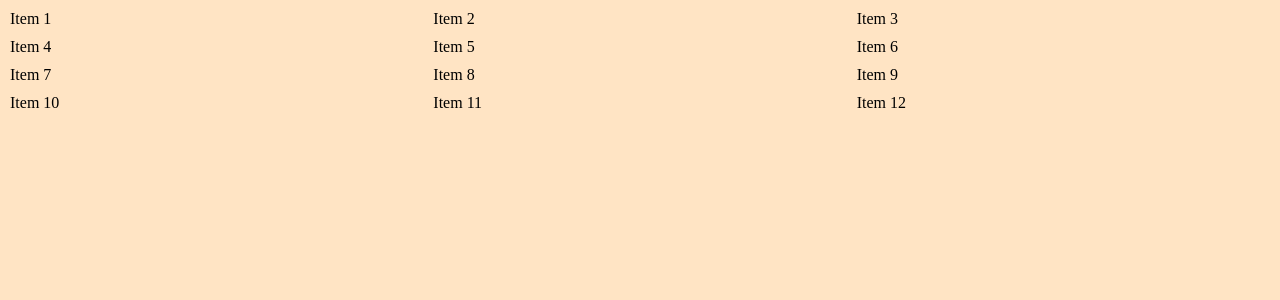
Repository: avishahir4812-crypto/Web-Development-Assignment
Page: session 7/task 3.html
These files come from the project's save history. The page is drawn as it stood at one moment and after the next save; the edit follows.
The browser window is 1280 px wide. The pictures show the whole page.

Above is the page before, as saved 2026-06-30 09:58:22.

### session 7/task 3.html
<!DOCTYPE html>
<html lang="en">
<head>
    <meta charset="UTF-8">
    <meta name="viewport" content="width=device-width, initial-scale=1.0">
    <title>Document</title>
</head>
<style>
    *{
        margin:0;
        padding:0;
        background-color: bisque;
    }
    .grid-container{
        display: grid;
        grid-template-columns: repeat(3, 1fr);
        grid-template-rows: repeat(2, 1fr);
        gap: 10px;
        padding: 10px;
    }
</style>
<body>
    <section>
        <div class="grid-container">
            <div class="grid-item">Item 1</div>
            <div class="grid-item">Item 2</div>
            <div class="grid-item">Item 3</div>
            <div class="grid-item">Item 4</div>
            <div class="grid-item">Item 5</div>
            <div class="grid-item">Item 6</div>
            <div class="grid-item">Item 7</div>
            <div class="grid-item">Item 8</div>
            <div class="grid-item">Item 9</div>
            <div class="grid-item">Item 10</div>
            <div class="grid-item">Item 11</div>
            <div class="grid-item">Item 12</div>
        </div>
    </section>
</body>
</html>

After the next save:
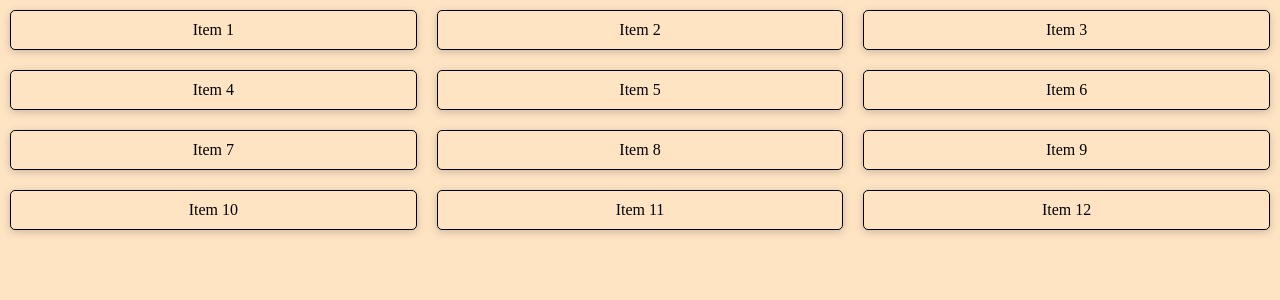
Saved 3 min 11 s later.
--- a/session 7/task 3.html
+++ b/session 7/task 3.html
@@ -15,8 +15,16 @@
         display: grid;
         grid-template-columns: repeat(3, 1fr);
         grid-template-rows: repeat(2, 1fr);
-        gap: 10px;
+        gap: 20px;
         padding: 10px;
+    }
+    .grid-item{
+        border: 1px solid black;
+        padding: 10px;
+        text-align: center;
+        border-radius: 5px;
+            box-shadow:0 2px 8px rgba(0,0,0,0.2);
+
     }
 </style>
 <body>
